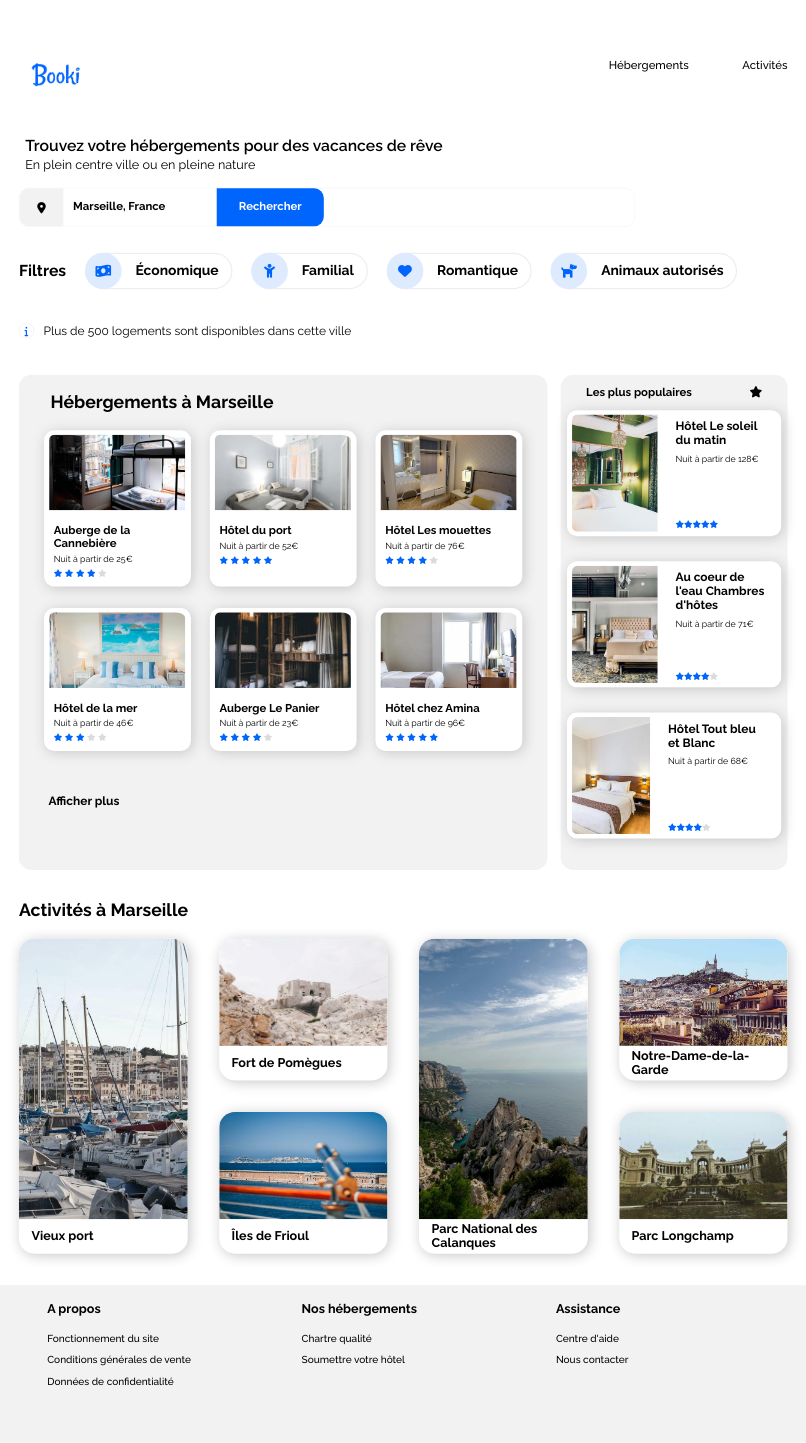
Repository: leandroBarbosaFR/booki
Page: index.html
An editor plug-in stored every save of this project. The page is shown before and after a run of saves, followed by the edit.
The browser window is 1280 px wide. The pictures show the whole page, at 63% of full size.

Above is the page before, as saved 2022-07-22 15:35:13.

After the next 3 saves:
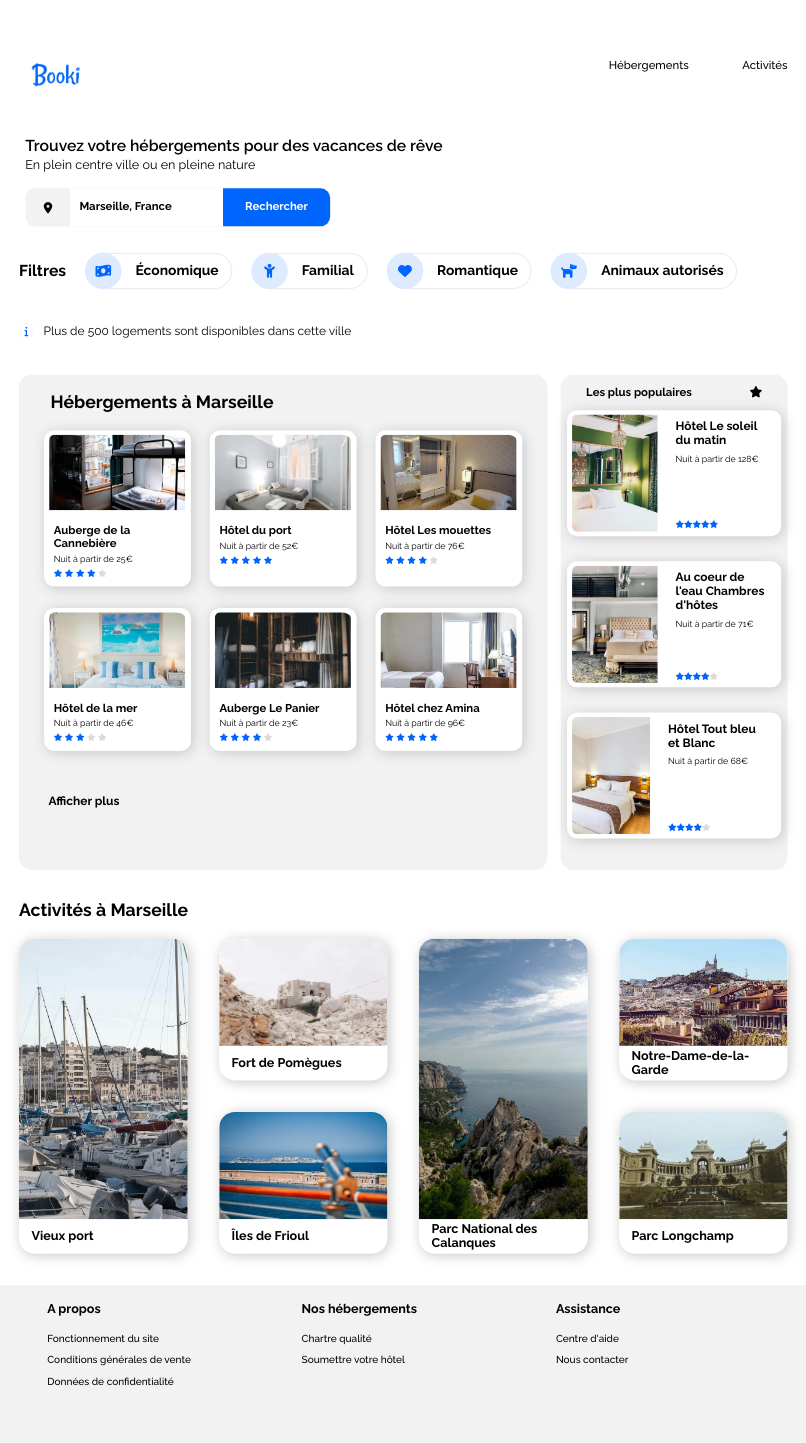
The 3 saves are shown as one change because they came seconds apart.
The last was saved 18 s later.
--- a/css/style.css
+++ b/css/style.css
@@ -78,8 +78,9 @@
   height: 60px;
   border: solid 1px #F5F5F5;
   border-radius: 15px;
-  width: 80%;
+  width: max-content;
   margin-top: 25px;
+  margin-left: 10px;
 
 }
 
